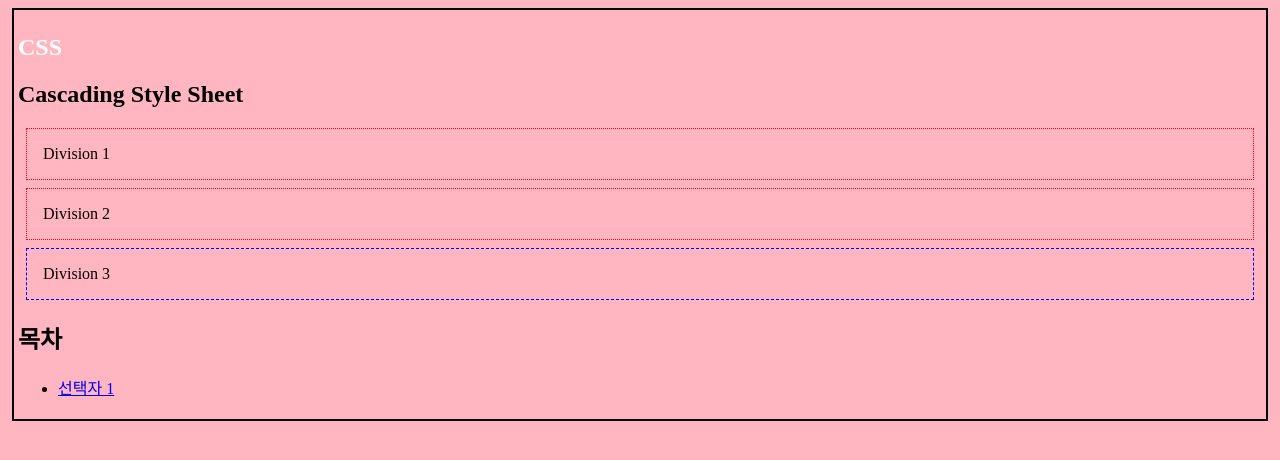
Repository: Sid0130/HTML
Page: lab-web/lab02_css/src/main/webapp/index.html
The author's editor kept a copy of each file at every save. The page is drawn from the files as they stood at one save, then again after the next save.
The browser window is 1280 px wide. The pictures show the whole page.

Above is the page before, as saved 2024-12-04 08:26:39.

### lab-web/lab02_css/src/main/webapp/index.html
<!DOCTYPE html>
<html>
	<head>
		<meta charset="UTF-8">
		<title>Lab02 CSS</title>

<!-- CSS는 제일 나중에 적용된 것이 적용이 된다.
     전체 외부로 먼저 적용하고 그 다음 내부로 바꾸고 싶은것만 바꾸는게 일반적으로 사용하는 방법 -->

        <!-- 외부 CSS 파일 링크 -->
        <link rel="stylesheet" href="css/mystyle.css"/>

        <!-- 내부 CSS 작성 -->
        <style>
            div{
                border:1px dotted red;
            }
        </style>
        <!-- 외부 CSS 다음에 내부 CSS를 작성한 경우에는 나중에 설정된 값이 적용됨. -->

	</head>
	<body>

<!-- 메인이라는 의미만 갖고있는 -->
		<main> <!-- 웹 페이지의 주요 영역(main devision)라는 의미를 갖는 태그. -->
            <section> <!-- 웹 페이지의 섹션 영역(section division)이라는 의미를 갖는 태그. -->
                <h1 style="color:white">CSS</h1>
                <h2>Cascading Style Sheet</h2>

                <!-- 모든 div에 똑같은 설정을 지정해줌. -->
                <div>Division 1</div>
                <div>Division 2</div>
                <div style = "border: 1px dashed blue">Division 3</div>

            </section>

            <!-- 선택자가 중요 -->
            <section>
                <h2>목차</h2>
                <ul>
                    <li>
                        <a href="selector1.html">선택자 1</a>
                    </li>
                </ul>
            </section>
        </main>
	</body>
</html>

<!--
Front-End 개발 언어:
1. HTML: 웹 페이지의 정적 컨텐츠(링크, 이미지, 테이블, 폼, 리스트, ...)들을 작성하는 언어
2. CSS: 웹 페이지의 스타일(요소 배치, 색상, 모양, 크기, ...)들을 작성하는 언어.
3. JavaScript: 웹 페이지의 동적 변화, 이벤트 처리, 서버와 통신 등과 같은 기능을 구현하는 언어.
   **중요: 브라우저에서 실행되는 프로그래밍 언어. 노드js가 서버에서 해주기도 하는데  일반적으로 브라우저에서 실행.

CSS 적용 방법:
1. 외부(external) CSS: 별도의 css 파일에서 작성된 내용을 html 파일에서 링크해서 사용.
2. 내부(internal) CSS: HTML 파일의 <script> 태그 안에서 스타일을 작성.
3. inline CSS: 각각의 HTML 태그 요소 안에서 style 속성(attribute) 값을 작성.
-->

### lab-web/lab02_css/src/main/webapp/css/mystyle.css
@charset "UTF-8";  /* CSS 파일의 인코딩 선언*/

/*
 * CSS 문법:
 * selector {
 *     property: value;
 *     ...
 * }
 */

body {
    background-color: LightPink; /* 바탕색 */
}

main{
    border: 2px solid black; /* 테두리선 굵기, 모양, 색깔 */
    margin: 4px; /* 테두리선 바깥 여백 */
    padding: 4px; /* 테두리선 안쪽 여백 */
}
/* 스타일의 이름 속성 값 세미콜론 */


div{
    border: 2px solid white;
    margin: 8px;
    padding: 16px;
}

After the next save:
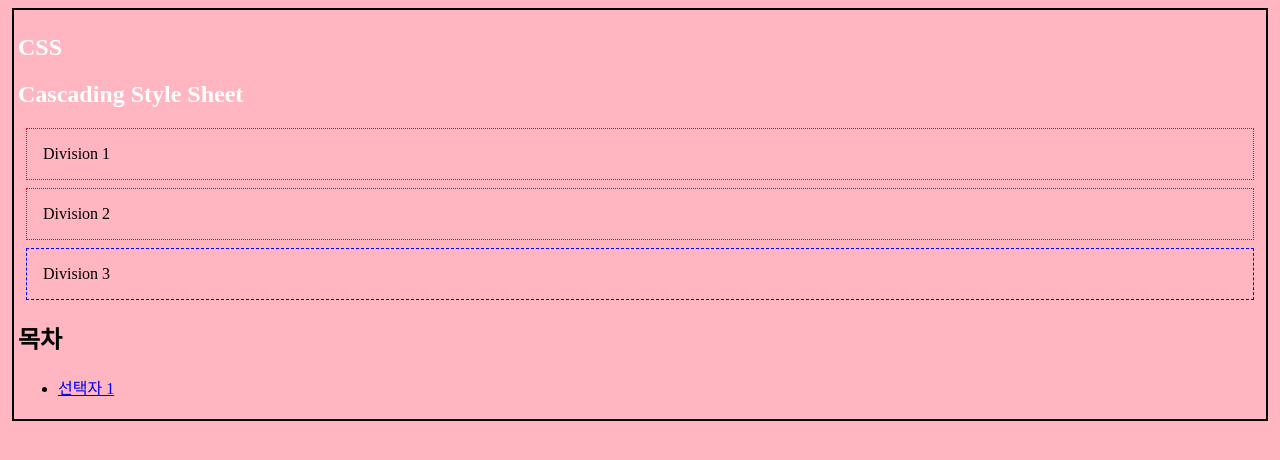
Saved 20 s later.
--- a/lab-web/lab02_css/src/main/webapp/index.html
+++ b/lab-web/lab02_css/src/main/webapp/index.html
@@ -25,7 +25,7 @@
 		<main> <!-- 웹 페이지의 주요 영역(main devision)라는 의미를 갖는 태그. -->
             <section> <!-- 웹 페이지의 섹션 영역(section division)이라는 의미를 갖는 태그. -->
                 <h1 style="color:white">CSS</h1>
-                <h2>Cascading Style Sheet</h2>
+                <h2 style="color:white">Cascading Style Sheet</h2>
 
                 <!-- 모든 div에 똑같은 설정을 지정해줌. -->
                 <div>Division 1</div>
